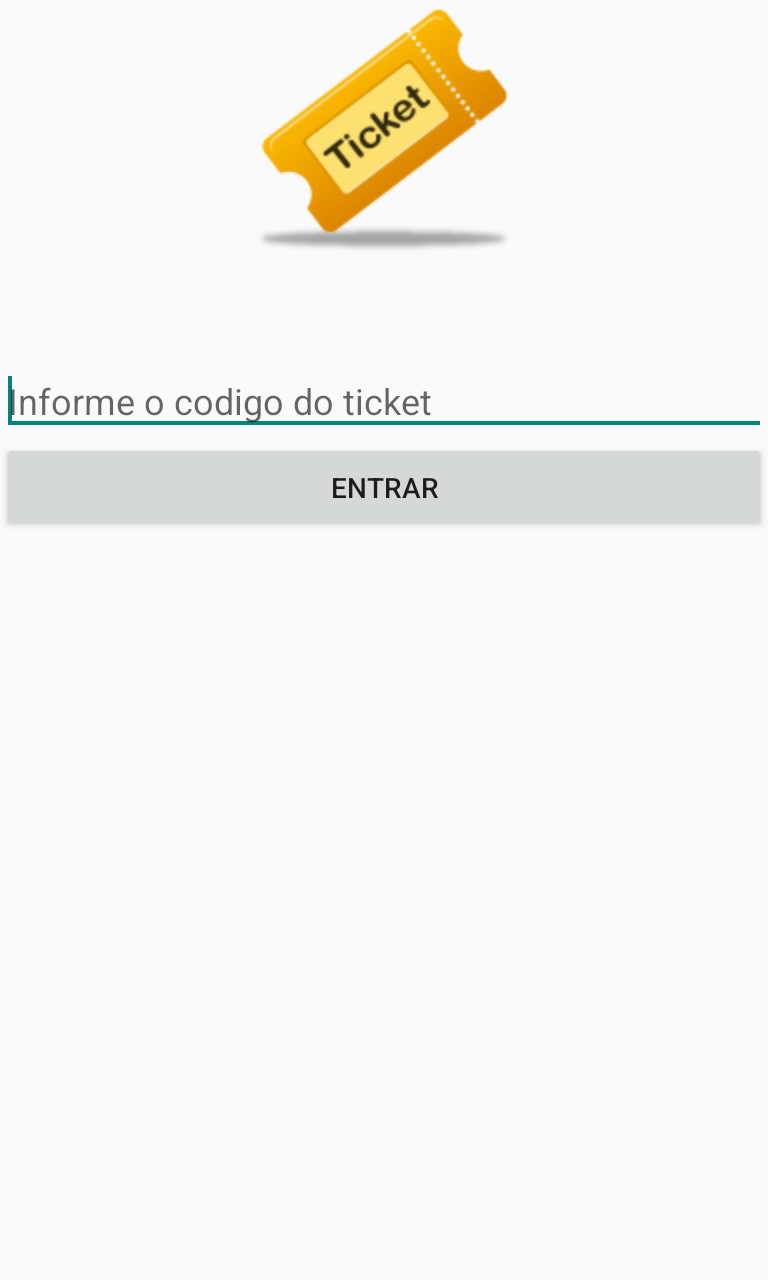
Repository: anzileiro/iot-mobilecup
Layout: iCinema/res/layout/activity_login.xml
These files come from the project's save history. The layout is drawn as it stood at one moment and after a run of saves; the edit follows.
It is drawn on a 768 x 1280 px phone screen (xhdpi) without system bars, with theme AppTheme; the app's code is not run.

Above is the layout before, as saved 2014-10-28 17:33:42.

### iCinema/res/layout/activity_login.xml
<LinearLayout xmlns:android="http://schemas.android.com/apk/res/android"
    android:layout_width="fill_parent"
    android:layout_height="fill_parent"
    android:orientation="vertical" >

    <ImageView
        android:layout_width="wrap_content"
        android:layout_height="wrap_content"
        android:layout_gravity="center"
        android:layout_marginBottom="50dp"
        android:src="@drawable/ticket" />

    <EditText
        android:id="@+id/editText1"
        android:layout_width="match_parent"
        android:layout_height="wrap_content"
        android:ems="10"
        android:hint="Informe o codigo do ticket">

        <requestFocus />
    </EditText>

    <Button
        android:id="@+id/btnValidarTicket"
        android:layout_width="match_parent"
        android:layout_height="wrap_content"
        android:text="Entrar" />

</LinearLayout>

Loaded but not shown: iCinema/res/values/styles.xml (common file); iCinema/res/values-v11/styles.xml (common file); iCinema/res/values-v14/styles.xml (common file)

After the next 2 saves:
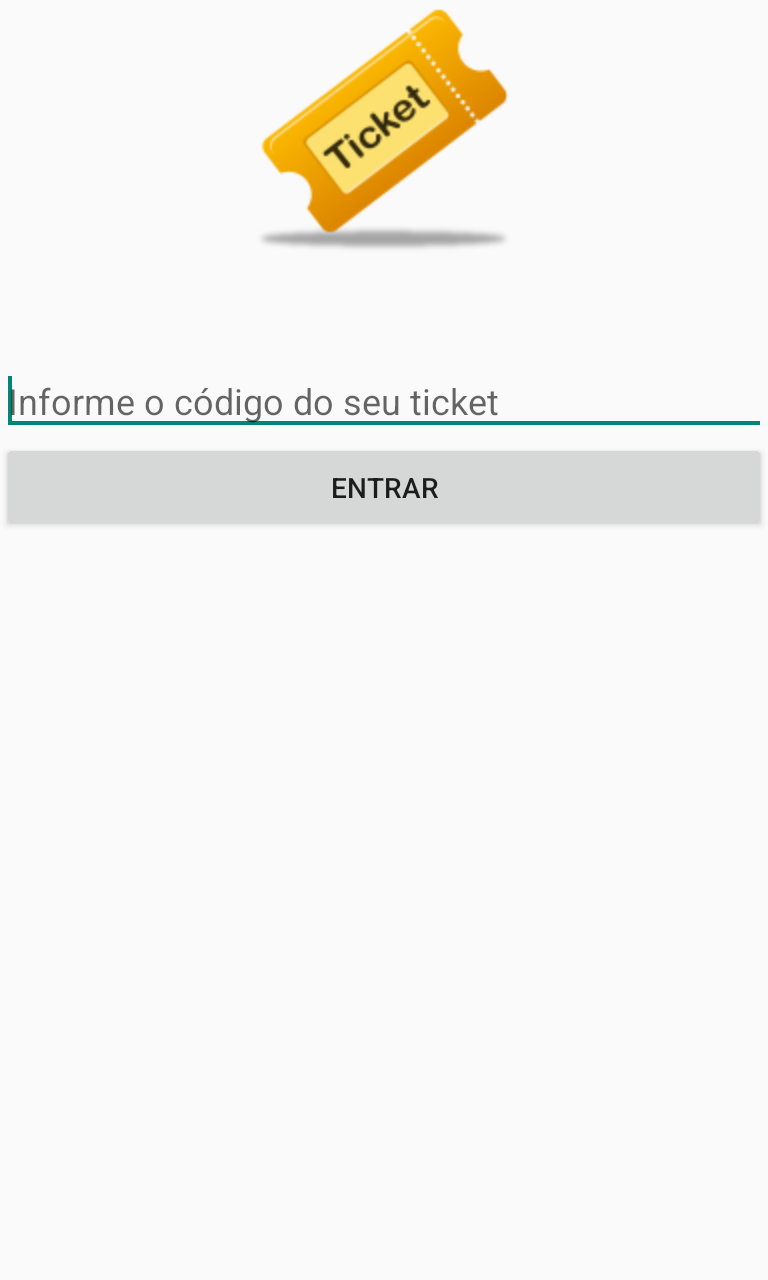
The 2 saves are shown as one change because they came seconds apart.
The last was saved 7 s later.
--- a/iCinema/res/layout/activity_login.xml
+++ b/iCinema/res/layout/activity_login.xml
@@ -15,7 +15,7 @@
         android:layout_width="match_parent"
         android:layout_height="wrap_content"
         android:ems="10"
-        android:hint="Informe o codigo do ticket">
+        android:hint="Informe o código do seu ticket">
 
         <requestFocus />
     </EditText>
